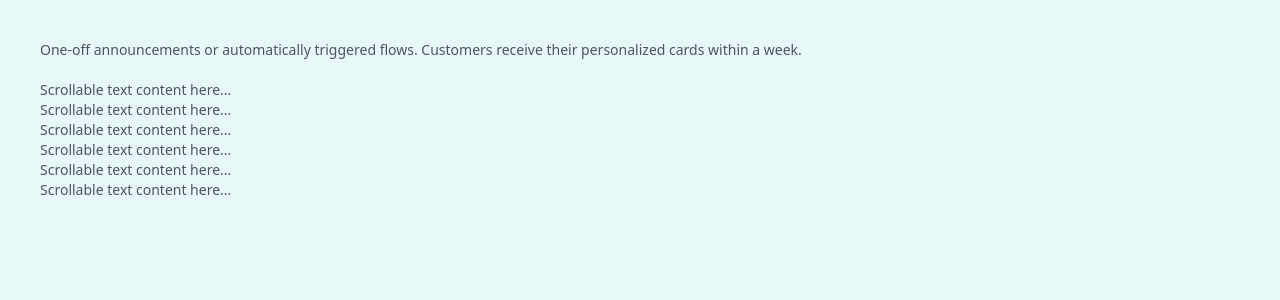
Repository: trusha97/postpilot
Page: scroll.html
An editor plug-in stored every save of this project. The page is shown before and after a run of saves, followed by the edit.
The browser window is 1280 px wide. The pictures show the whole page.
Some web libraries are served in a nearby version.

Above is the page before, as saved 2025-05-19 10:28:08.

After the next 2 saves:
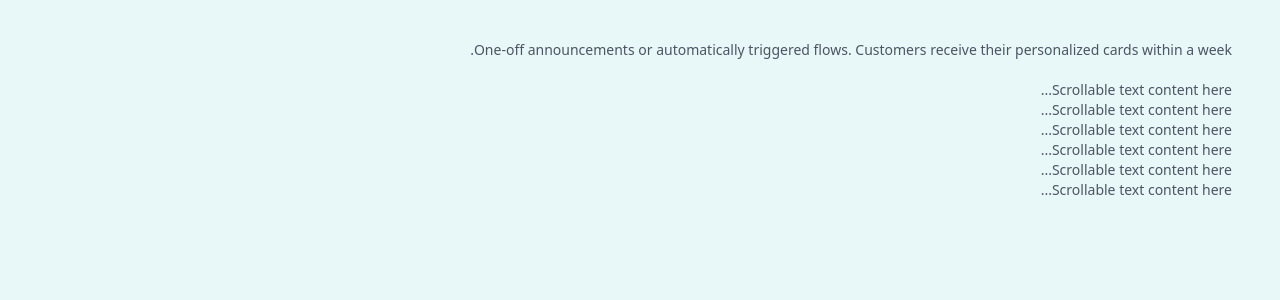
The 2 saves are shown as one change because they came seconds apart.
The last was saved 11 s later.
--- a/scroll.html
+++ b/scroll.html
@@ -20,13 +20,13 @@
       border-radius: 10px;
     }
 
-    /* .left-scroll {
+    .left-scroll {
       direction: rtl;
+    }
+
+    /* .left-scroll > * {
+      direction: ltr;
     } */
-
-    .left-scroll > * {
-      direction: ltr;
-    }
   </style>
 </head>
 <body class="bg-[#e8f8f8] p-10">

After the save that followed:
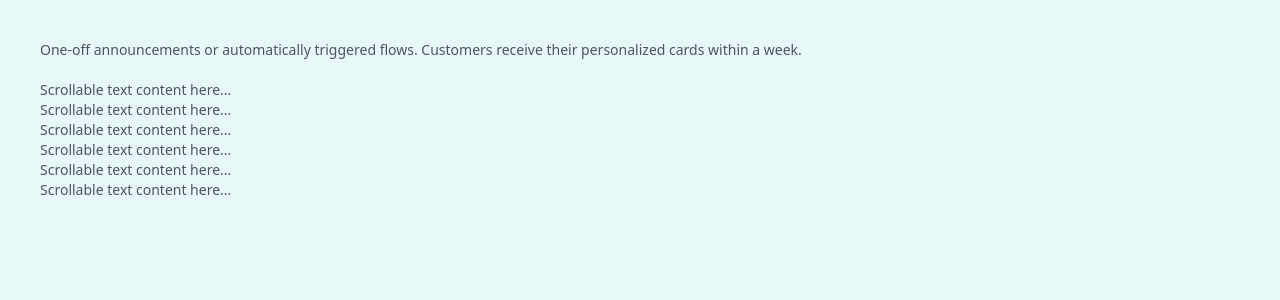
Saved 6 s later.
--- a/scroll.html
+++ b/scroll.html
@@ -24,9 +24,9 @@
       direction: rtl;
     }
 
-    /* .left-scroll > * {
+    .left-scroll > * {
       direction: ltr;
-    } */
+    }
   </style>
 </head>
 <body class="bg-[#e8f8f8] p-10">
